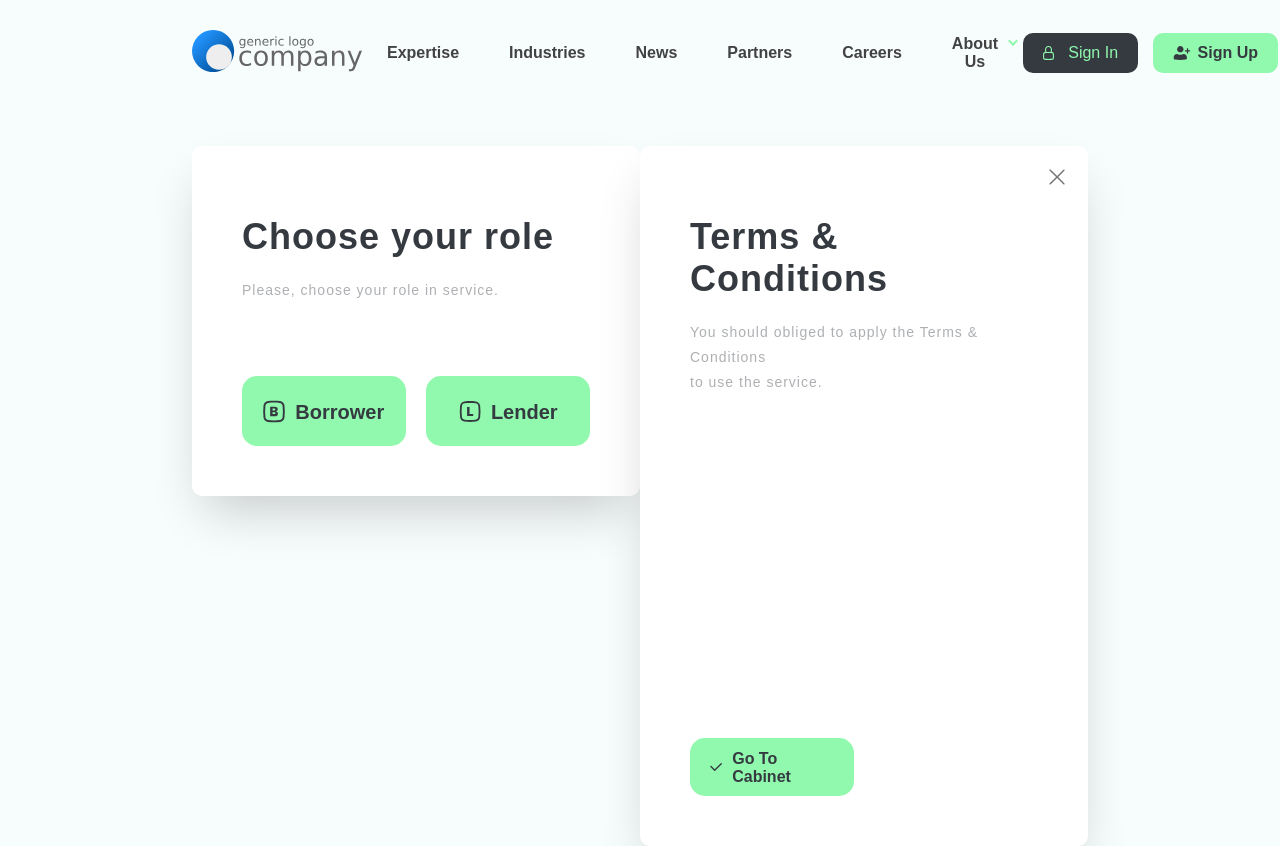
Repository: Andriy-Ma/widgetTask
Page: /
An editor plug-in stored every save of this project. The page is shown before and after the next save, followed by the edit.
The browser window is 1280 px wide. The pictures show the whole page.
The page's requests for data from a server got no answer. Some web fonts or font styles are not loaded; a fallback is used. The project was rebuilt for these pictures with package versions that can differ from the ones it lists, and the page was loaded fresh each time. No one was signed in, and anything a server would have sent is missing. Also part of the build but not shown: src/components/Main/SelectedRoleForm/selectedRoleForm.module.css, src/components/Main/SelectedRoleForm/selectedRoleForm.jsx.

Above is the page before, as saved 2022-08-30 12:09:50.

### public/index.html
<!DOCTYPE html>
<html lang="en">
  <head>
    <meta charset="utf-8" />
    <link rel="icon" href="%PUBLIC_URL%/favicon.ico" />
    <link rel="stylesheet" href="https://use.typekit.net/clw7fgu.css">
    <meta name="viewport" content="width=device-width, initial-scale=1" />
    <meta name="theme-color" content="#000000" />
    <meta
      name="description"
      content="Web site created using create-react-app"
    />
    <link rel="apple-touch-icon" href="%PUBLIC_URL%/logo192.png" />
    <!--
      manifest.json provides metadata used when your web app is installed on a
      user's mobile device or desktop. See https://developers.google.com/web/fundamentals/web-app-manifest/
    -->
    <link rel="manifest" href="%PUBLIC_URL%/manifest.json" />
    <!--
      Notice the use of %PUBLIC_URL% in the tags above.
      It will be replaced with the URL of the `public` folder during the build.
      Only files inside the `public` folder can be referenced from the HTML.

      Unlike "/favicon.ico" or "favicon.ico", "%PUBLIC_URL%/favicon.ico" will
      work correctly both with client-side routing and a non-root public URL.
      Learn how to configure a non-root public URL by running `npm run build`.
    -->
    <title>React App</title>
  </head>
  <body>
    <noscript>You need to enable JavaScript to run this app.</noscript>
    <div id="root"></div>
    <!--
      This HTML file is a template.
      If you open it directly in the browser, you will see an empty page.

      You can add webfonts, meta tags, or analytics to this file.
      The build step will place the bundled scripts into the <body> tag.

      To begin the development, run `npm start` or `yarn start`.
      To create a production bundle, use `npm run build` or `yarn build`.
    -->
  </body>
</html>

### src/index.css
* {
  box-sizing: border-box;
  margin: 0;
  padding: 0;
}
body {
  font-family: 'Poppins', sans-serif;
  background-color: #f7fcfd;
  -webkit-font-smoothing: antialiased;
  -moz-osx-font-smoothing: grayscale;
}

### src/App.js
import React from 'react';
import styles from './App.module.css';
import Header from './components/Header/header';
import MainBlock from './components/Main/main';

function App() {
  return (
    <div className={styles.container}>
      <Header/>
      <MainBlock/>
    </div>
  );
}

export default App;

### src/App.module.css
.container {
    display: block;
    align-items: center;
    justify-content: center;
    padding-left: 15%;
    padding-right: 15%;
}

### src/components/Header/header.jsx
import React from 'react';
import Icon from './img/logo-generic';
import {ReactComponent as Lock} from './img/lock.svg';
import {ReactComponent as SignUp} from './img/signup.svg';
import styles from './header.module.css';

function Header() {
  return (
    <div className={styles.header}>
        <div className={styles.logo}>
          <a href="#home">
            <Icon/>
          </a>
        </div>
        <div className={styles.middleOfHeader}>
          <a href="#expertise">Expertise</a>
          <a href="#industries">Industries</a>
          <a href="#news">News</a>
          <a href="#partners">Partners</a>
          <a href="#careers">Careers</a>
          <a href="#aboutus" className={styles.aboutUs}>About Us</a>
        </div>
        <div className={styles.buttonsHeader}>
          <div className={styles.signin}>
            <Lock/>
            <p>Sign In</p>
          </div>
          <div className={styles.signup}>
            <SignUp/>
            <p>Sign Up</p>
          </div>
        </div>
    </div>
  )
}

export default Header;

### src/components/Main/main.jsx
import React,{useState} from 'react';
import ChooseForm from './ChooseForm/chooseForm';
import styles from './main.module.css';
import SelectedRoleForm from './SelectedRoleForm/selectedRoleForm';

function MainBlock() {

  const [selectedRole, setSelectedRole] = useState('');

  return (
    <div className={styles.container}>
        {
          !selectedRole ? <ChooseForm getRole={setSelectedRole}/> : <SelectedRoleForm role={selectedRole} getRole={setSelectedRole}/>
        }
    </div>
  )
}

export default MainBlock;

### src/components/Header/img/logo-generic.jsx
import React from "react";

function Icon() {
  return (
    <svg
      xmlns="http://www.w3.org/2000/svg"
      version="1.1"
      viewBox="0 0 1425.8 353.74"
    >
      <defs>
        <linearGradient
          id="linearGradient5311"
          x1="-467.57"
          x2="-469.87"
          y1="-68.973"
          y2="488.43"
          gradientUnits="userSpaceOnUse"
        >
          <stop offset="0" stopColor="#2294fe"></stop>
          <stop offset="1" stopColor="#014f96"></stop>
        </linearGradient>
      </defs>
      <g transform="translate(364.43 8.482)">
        <g>
          <g fill="#666" transform="translate(-14.426 -21.336)">
            <path d="M145.49 192.37v19.095c-5.773-3.182-11.583-5.55-17.43-7.105a64.331 64.331 0 00-17.541-2.443c-13.248 0-23.536 4.22-30.863 12.657-7.327 8.363-10.991 20.13-10.991 35.304 0 15.172 3.663 26.977 10.991 35.415 7.327 8.363 17.615 12.545 30.863 12.545 5.92 0 11.768-.778 17.541-2.332 5.847-1.628 11.657-4.033 17.43-7.216v18.873a83.693 83.693 0 01-17.763 5.995c-6.07 1.332-12.545 1.998-19.428 1.998-18.725 0-33.601-5.884-44.629-17.652s-16.542-27.643-16.542-47.627c0-20.279 5.55-36.229 16.653-47.849 11.176-11.62 26.459-17.43 45.85-17.43 6.29 0 12.434.666 18.429 1.999a81.647 81.647 0 0117.43 5.772"></path>
            <path d="M228.98 201.92c-10.954 0-19.613 4.293-25.978 12.878-6.365 8.511-9.548 20.205-9.548 35.082 0 14.876 3.146 26.607 9.437 35.193 6.365 8.511 15.061 12.767 26.089 12.767 10.88 0 19.502-4.293 25.867-12.878 6.365-8.585 9.547-20.279 9.547-35.082 0-14.728-3.182-26.385-9.547-34.971-6.365-8.66-14.987-12.989-25.867-12.989m0-17.319c17.763 0 31.714 5.773 41.854 17.319s15.209 27.532 15.209 47.96c0 20.353-5.07 36.34-15.209 47.96-10.14 11.546-24.091 17.319-41.854 17.319-17.837 0-31.825-5.773-41.965-17.319-10.066-11.62-15.098-27.606-15.098-47.96 0-20.427 5.033-36.414 15.098-47.96 10.14-11.546 24.128-17.319 41.965-17.319"></path>
            <path d="M416.6 211.46c5.107-9.177 11.213-15.949 18.318-20.316 7.105-4.367 15.468-6.55 25.09-6.55 12.952 0 22.943 4.552 29.975 13.655 7.03 9.03 10.546 21.908 10.547 38.634v75.048h-20.538v-74.382c0-11.916-2.11-20.76-6.328-26.533-4.219-5.773-10.658-8.66-19.317-8.66-10.584 0-18.947 3.516-25.09 10.548-6.143 7.03-9.215 16.616-9.214 28.754v70.274h-20.538V237.55c0-11.99-2.11-20.834-6.328-26.533-4.22-5.773-10.732-8.66-19.54-8.66-10.435 0-18.724 3.553-24.867 10.658-6.143 7.031-9.215 16.58-9.215 28.643v70.274h-20.538v-124.34h20.538v19.317c4.663-7.623 10.251-13.248 16.764-16.875 6.513-3.626 14.247-5.44 23.203-5.44 9.03 0 16.69 2.295 22.981 6.883 6.365 4.59 11.065 11.25 14.099 19.983"></path>
            <path d="M560.7 293.28v65.945h-20.538v-171.63H560.7v18.873c4.293-7.401 9.695-12.878 16.209-16.431 6.587-3.627 14.432-5.44 23.536-5.44 15.098 0 27.347 5.995 36.747 17.985 9.473 11.99 14.21 27.755 14.21 47.294 0 19.54-4.737 35.304-14.21 47.294-9.4 11.99-21.649 17.985-36.747 17.985-9.104 0-16.949-1.776-23.536-5.329-6.513-3.626-11.916-9.14-16.209-16.542m69.497-43.408c0-15.024-3.109-26.792-9.326-35.304-6.143-8.585-14.617-12.878-25.423-12.878-10.806 0-19.317 4.293-25.534 12.878-6.143 8.512-9.214 20.28-9.214 35.304 0 15.024 3.071 26.83 9.214 35.415 6.217 8.512 14.728 12.767 25.534 12.767s19.28-4.255 25.423-12.767c6.217-8.585 9.326-20.39 9.326-35.415"></path>
            <path d="M741.77 249.43c-16.505 0-27.94 1.887-34.304 5.662-6.365 3.775-9.548 10.214-9.547 19.317 0 7.253 2.368 13.026 7.105 17.319 4.81 4.219 11.324 6.328 19.539 6.328 11.324 0 20.39-3.997 27.199-11.99 6.883-8.067 10.325-18.762 10.325-32.084v-4.552H741.77m40.744-8.437v70.94h-20.427V293.06c-4.663 7.549-10.473 13.137-17.43 16.764-6.958 3.552-15.47 5.329-25.534 5.329-12.73 0-22.87-3.553-30.42-10.658-7.475-7.18-11.212-16.764-11.212-28.754 0-13.988 4.662-24.535 13.988-31.64 9.4-7.106 23.388-10.658 41.965-10.658h28.643v-1.999c0-9.4-3.109-16.653-9.326-21.759-6.143-5.18-14.802-7.77-25.978-7.77-7.105 0-14.025.85-20.76 2.552-6.735 1.703-13.21 4.256-19.428 7.66v-18.872c7.475-2.887 14.728-5.033 21.76-6.44 7.03-1.48 13.876-2.22 20.537-2.22 17.985 0 31.418 4.663 40.3 13.988 8.88 9.326 13.321 23.462 13.321 42.41"></path>
            <path d="M928.5 236.89v75.048h-20.427v-74.382c0-11.768-2.295-20.575-6.883-26.422-4.589-5.847-11.472-8.77-20.65-8.77-11.027 0-19.723 3.515-26.088 10.547-6.365 7.03-9.548 16.616-9.548 28.754v70.274h-20.538v-124.34h20.538v19.317c4.885-7.476 10.621-13.063 17.208-16.764 6.661-3.7 14.321-5.551 22.981-5.551 14.284 0 25.09 4.44 32.417 13.322 7.327 8.807 10.991 21.797 10.991 38.967"></path>
            <path d="M1021.2 323.48c-5.773 14.802-11.398 24.461-16.875 28.976-5.477 4.515-12.804 6.772-21.981 6.772h-16.32v-17.097h11.99c5.625 0 9.992-1.332 13.1-3.996s6.55-8.956 10.325-18.873l3.664-9.326-50.291-122.34h21.648l38.856 97.252 38.856-97.252h21.648l-54.621 135.89"></path>
          </g>
          <g fill="#666" transform="translate(-416.34 -21.336)">
            <path d="M489.95 115.06c0-6.675-1.385-11.848-4.155-15.519-2.737-3.671-6.592-5.507-11.564-5.507-4.94 0-8.794 1.836-11.564 5.507-2.737 3.671-4.105 8.844-4.105 15.519 0 6.642 1.368 11.798 4.105 15.469 2.77 3.671 6.625 5.507 11.564 5.507 4.973 0 8.827-1.836 11.564-5.507 2.77-3.671 4.155-8.828 4.155-15.469m9.211 21.727c0 9.545-2.119 16.637-6.357 21.276-4.24 4.672-10.73 7.009-19.474 7.009-3.238 0-6.292-.25-9.162-.751a44.69 44.69 0 01-8.36-2.203v-8.961c2.703 1.468 5.373 2.553 8.01 3.254 2.636.7 5.323 1.051 8.06 1.051 6.04 0 10.563-1.585 13.567-4.756 3.004-3.137 4.505-7.893 4.505-14.268v-4.555c-1.902 3.304-4.338 5.774-7.309 7.409-2.97 1.635-6.524 2.453-10.663 2.453-6.875 0-12.415-2.62-16.62-7.86-4.206-5.24-6.308-12.182-6.308-20.826 0-8.677 2.102-15.636 6.307-20.876 4.206-5.24 9.746-7.86 16.621-7.86 4.139 0 7.693.818 10.663 2.454 2.97 1.635 5.407 4.105 7.31 7.409v-8.51h9.21v49.11"></path>
            <path d="M566.09 113.41v4.506h-42.352c.4 6.34 2.303 11.18 5.707 14.518 3.438 3.304 8.21 4.956 14.318 4.956 3.538 0 6.959-.434 10.263-1.302 3.337-.868 6.642-2.17 9.912-3.905v8.711a55.24 55.24 0 01-10.163 3.204 50.9 50.9 0 01-10.563 1.102c-8.944 0-16.037-2.604-21.276-7.81-5.206-5.207-7.81-12.248-7.81-21.126 0-9.178 2.47-16.454 7.41-21.827 4.973-5.407 11.664-8.11 20.075-8.11 7.542 0 13.5 2.436 17.872 7.309 4.405 4.84 6.608 11.43 6.608 19.774m-9.211-2.703c-.067-5.04-1.486-9.062-4.256-12.065-2.736-3.004-6.374-4.506-10.914-4.506-5.14 0-9.261 1.452-12.365 4.355-3.07 2.904-4.839 6.992-5.306 12.265l32.84-.05"></path>
            <path d="M627.62 109.9v33.842h-9.211v-33.541c0-5.306-1.035-9.278-3.104-11.915-2.07-2.636-5.173-3.955-9.312-3.955-4.973 0-8.894 1.585-11.765 4.756-2.87 3.17-4.305 7.493-4.305 12.966v31.689h-9.261V87.673h9.261v8.71c2.203-3.37 4.79-5.89 7.76-7.558 3.003-1.67 6.458-2.503 10.363-2.504 6.44 0 11.314 2.003 14.618 6.008 3.304 3.971 4.956 9.829 4.956 17.572"></path>
            <path d="M694.05 113.41v4.506h-42.352c.4 6.34 2.303 11.18 5.707 14.518 3.438 3.304 8.21 4.956 14.318 4.956 3.538 0 6.959-.434 10.263-1.302 3.337-.868 6.642-2.17 9.912-3.905v8.711a55.24 55.24 0 01-10.163 3.204 50.9 50.9 0 01-10.563 1.102c-8.944 0-16.037-2.604-21.276-7.81-5.206-5.207-7.81-12.248-7.81-21.126 0-9.178 2.47-16.454 7.41-21.827 4.973-5.407 11.664-8.11 20.075-8.11 7.543 0 13.5 2.436 17.872 7.309 4.405 4.84 6.608 11.43 6.608 19.774m-9.211-2.703c-.067-5.04-1.486-9.062-4.256-12.065-2.736-3.004-6.374-4.506-10.913-4.506-5.14 0-9.261 1.452-12.365 4.355-3.07 2.904-4.839 6.992-5.306 12.265l32.84-.05"></path>
            <path d="M741.46 96.286a11.624 11.624 0 00-3.404-1.302c-1.202-.3-2.537-.45-4.005-.45-5.207 0-9.212 1.702-12.015 5.106-2.77 3.371-4.155 8.227-4.155 14.568v29.537h-9.262V87.676h9.262v8.71c1.935-3.403 4.455-5.923 7.56-7.558 3.103-1.67 6.874-2.503 11.313-2.503.634 0 1.335.05 2.103.15.767.067 1.618.183 2.553.35l.05 9.462"></path>
            <path d="M751.22 87.676h9.211v56.069h-9.211V87.676m0-21.827h9.211v11.664h-9.211V65.849"></path>
            <path d="M820.01 89.828v8.61c-2.603-1.434-5.223-2.502-7.86-3.203a29.012 29.012 0 00-7.91-1.102c-5.974 0-10.613 1.903-13.917 5.707-3.304 3.772-4.956 9.078-4.956 15.92 0 6.842 1.652 12.165 4.957 15.97 3.304 3.772 7.943 5.657 13.917 5.657 2.67 0 5.306-.35 7.91-1.051 2.636-.734 5.256-1.819 7.859-3.254v8.51a37.736 37.736 0 01-8.01 2.704c-2.737.6-5.657.9-8.76.9-8.445 0-15.153-2.652-20.126-7.959-4.973-5.306-7.459-12.465-7.459-21.477 0-9.144 2.503-16.337 7.51-21.577 5.039-5.24 11.93-7.86 20.675-7.86 2.837 0 5.607.3 8.31.902a36.82 36.82 0 017.86 2.603"></path>
            <path d="M868.57 65.849h9.211v77.896h-9.211V65.849"></path>
            <path d="M918.73 94.134c-4.94 0-8.844 1.936-11.714 5.807-2.87 3.838-4.305 9.111-4.305 15.82s1.418 11.998 4.255 15.87c2.87 3.838 6.792 5.757 11.765 5.757 4.906 0 8.794-1.935 11.664-5.807 2.87-3.871 4.305-9.144 4.305-15.82 0-6.641-1.435-11.898-4.305-15.769-2.87-3.905-6.758-5.857-11.664-5.857m0-7.81c8.01 0 14.301 2.604 18.873 7.81 4.572 5.206 6.858 12.415 6.859 21.627 0 9.178-2.287 16.387-6.859 21.627-4.572 5.206-10.863 7.81-18.873 7.81-8.043 0-14.351-2.604-18.923-7.81-4.539-5.24-6.808-12.45-6.808-21.627 0-9.211 2.27-16.42 6.808-21.627 4.572-5.206 10.88-7.81 18.923-7.81"></path>
            <path d="M996.58 115.06c0-6.675-1.385-11.848-4.155-15.519-2.737-3.671-6.592-5.507-11.564-5.507-4.94 0-8.794 1.836-11.564 5.507-2.737 3.671-4.105 8.844-4.105 15.519 0 6.642 1.368 11.798 4.105 15.469 2.77 3.671 6.625 5.507 11.564 5.507 4.973 0 8.828-1.836 11.564-5.507 2.77-3.671 4.155-8.828 4.155-15.469m9.211 21.727c0 9.545-2.119 16.637-6.357 21.276-4.24 4.672-10.73 7.009-19.474 7.009-3.238 0-6.292-.25-9.162-.751a44.69 44.69 0 01-8.36-2.203v-8.961c2.703 1.468 5.373 2.553 8.01 3.254 2.636.7 5.323 1.051 8.06 1.051 6.04 0 10.563-1.585 13.567-4.756 3.003-3.137 4.505-7.893 4.505-14.268v-4.555c-1.902 3.304-4.338 5.774-7.309 7.409-2.97 1.635-6.524 2.453-10.663 2.453-6.875 0-12.415-2.62-16.62-7.86-4.206-5.24-6.308-12.182-6.308-20.826 0-8.677 2.102-15.636 6.307-20.876 4.206-5.24 9.746-7.86 16.621-7.86 4.139 0 7.693.818 10.663 2.454 2.97 1.635 5.407 4.105 7.31 7.409v-8.51h9.21v49.11"></path>
            <path d="M1046.5 94.134c-4.94 0-8.844 1.936-11.714 5.807-2.87 3.838-4.305 9.111-4.305 15.82s1.418 11.998 4.255 15.87c2.87 3.838 6.792 5.757 11.765 5.757 4.906 0 8.794-1.935 11.664-5.807 2.87-3.871 4.305-9.144 4.305-15.82 0-6.641-1.435-11.898-4.305-15.769-2.87-3.905-6.758-5.857-11.664-5.857m0-7.81c8.01 0 14.3 2.604 18.873 7.81 4.572 5.206 6.858 12.415 6.858 21.627 0 9.178-2.286 16.387-6.858 21.627-4.572 5.206-10.864 7.81-18.873 7.81-8.043 0-14.351-2.604-18.924-7.81-4.539-5.24-6.808-12.45-6.808-21.627 0-9.211 2.269-16.42 6.808-21.627 4.572-5.206 10.88-7.81 18.924-7.81"></path>
          </g>
          <g transform="rotate(-45 269.773 885.347) scale(.61927)">
            <path
              fill="url(#linearGradient5311)"
              d="M-184.26 202.82c0 157.74-127.87 285.61-285.61 285.61s-285.61-127.87-285.61-285.61S-627.61-82.79-469.87-82.79s285.61 127.87 285.61 285.61z"
              transform="translate(1202 -114.01)"
            ></path>
            <path
              fill="#eee"
              d="M-184.26 202.82c0 157.74-127.87 285.61-285.61 285.61s-285.61-127.87-285.61-285.61S-627.61-82.79-469.87-82.79s285.61 127.87 285.61 285.61z"
              transform="translate(1018.2 79.03) scale(.60887)"
            ></path>
          </g>
        </g>
      </g>
    </svg>
  );
}

export default Icon;

### src/components/Header/header.module.css
.logo {
    display: block;
    min-width: 170px;
}
.header {
    display: flex;
    justify-content: space-between;
    align-items: center;
    padding-top: 30px;
    min-width: 1000px;
}
.middleOfHeader {
    display: flex;
    justify-content: space-between;
    align-items: center;
    text-decoration: none;
}
.middleOfHeader a {
    display: block;
    color: #424242;
    text-align: center;
    padding: 0px 25px;
    text-decoration: none;
    font-size: 16px;
    font-weight: 600;
}
.middleOfHeader a:hover {
    color: #1b1a1a;
}
.aboutUs{
    position: relative;
}
.aboutUs::after{
    content: '';
    border-left: 2px solid #90F9AD;
    border-top: 2px solid #90F9AD;
    width: 5px;
    height: 5px;
    float: right;
    transform: translate(50%, -50%) rotate(-135deg);
    position: absolute;
    top: 6px;
    right: 10px;
}
.buttonsHeader {
    display: flex;
    justify-content: space-between;
    align-items: center;
}
.buttonsHeader:hover {
    cursor: pointer;
}
.signin {
    display: flex;
    justify-content: space-between;
    align-items: center;
    color: #90F9AD;
    background-color: #343A40;
    font-weight: 500;
    padding: 0px 20px;
    border-radius: 10px;
    width: 115px;
    height: 40px;
    margin-right: 15px;
}
.signin:hover {
    background-color: #252a2e;
}
.signup {
    display: flex;
    justify-content: space-between;
    align-items: center;
    color: #343A40;
    background-color: #90F9AD;
    font-weight: 600;
    padding: 0px 20px;
    border-radius: 10px;
    width: 125px;
    height: 40px;
}
.signup:hover {
    background-color: #3df370;
}

### src/components/Main/ChooseForm/chooseForm.jsx
import React, { useEffect, useState } from 'react';
import styles from './chooseForm.module.css';
import {ReactComponent as Borrower} from '../img/borrower.svg';
import {ReactComponent as Lender} from '../img/lender.svg';
import {ReactComponent as Close} from '../img/close.svg';
import {ReactComponent as Checkmark} from '../img/checkmark.svg';

const roles = ['Borrower', 'Lender'];

function ChooseForm({getRole}) {

  const [initialText, setInitialText] = useState('');

  useEffect(() => {
    fetch('https://60c74df306f3160017d29000.mockapi.io/api/v1/tossource')
    .then((response) => {
      return response.json();
    })
    .then((data) => {
      const text = data.map(lorem => lorem.text);
      setInitialText(text[0]);
    });
  },[]);

  return (
    <>
    <div className={styles.form}>
      <div>
        <p className={styles.mainText}>Choose your role</p>
        <p className={styles.underText}>Please, choose your role in service.</p>
      </div>
      <div className={styles.buttonsChooseForm}>
      {
        roles.map(role =>
            <div className={styles.role} key={role} onClick={() => getRole(role)}>
              {role === 'Borrower' ? <Borrower/> : <Lender/>}
              <p className={styles.buttonText}>{role}</p>
            </div>
        )
      }
      </div>
    </div>
    <div className={styles.agreeForm}>
      <Close className={styles.closeButton}/>
      <div>
        <p className={styles.mainText}>Terms & Conditions</p>
        <p className={styles.underText}>You should obliged to apply the Terms & Conditions <p> to use the service.</p></p>
      </div>
      <div dangerouslySetInnerHTML={{__html: initialText}} className={styles.scrollText}/>
      <div className={styles.role} >
        <Checkmark/>
        <p className={styles.buttonText}>Go To Cabinet</p>
      </div>
    </div>
    </>
  )
}

export default ChooseForm;

### src/components/Main/main.module.css
.container{
    width: 100%;
    display: flex;
    justify-content: center;
}

### src/components/Main/ChooseForm/chooseForm.module.css
.form{
    width: 600px;
    height: 350px;
    padding: 50px;
    background-color: #fff;
    margin-top: 70px;
    border-radius: 10px;
    box-shadow: 0px 25px 49px -12px rgba(0,0,0,0.2);
    display: flex;
    flex-direction: column;
    justify-content: space-between;
}
.agreeForm{
    width: 600px;
    height: 700px;
    padding: 50px;
    background-color: #fff;
    margin-top: 70px;
    border-radius: 10px;
    box-shadow: 0px 25px 49px -12px rgba(0,0,0,0.2);
    display: flex;
    flex-direction: column;
    position: relative;
}
.mainText{
    margin-top: 20px;
    font-size: 36px;
    font-weight: 800;
    color: #343A40;
    letter-spacing: 1px;
}
.underText{
    margin-top: 20px;
    font-size: 14px;
    font-weight: 500;
    color: #343A40;
    opacity: .4;
    letter-spacing: 1px;
    line-height: 25px;
}
.buttonsChooseForm {
    display: flex;
    justify-content: space-between;
    align-items: center;
    font-size: 20px;
}
.buttonsChooseForm:hover {
    cursor: pointer;
}
.role {
    display: flex;
    justify-content: center;
    align-items: center;
    color: #343A40;
    background-color: #90F9AD;
    font-weight: 800;
    padding: 0px 20px;
    border-radius: 15px;
    width: 47%;
    height: 70px;
}
.role:hover {
    background-color: #3df370;
}
.buttonText{
    padding-top: 3px;
    padding-left: 10px;
}
.check {
    display: flex;
    justify-content: center;
    align-items: center;
    color: #343A40;
    background-color: #90F9AD;
    font-weight: 800;
    padding: 0px 20px;
    border-radius: 15px;
    width: 30%;
    height: 50px;
}
.check:hover {
    background-color: #3df370;
}
.checkText{
    padding-top: 3px;
    padding-left: 10px;
}
.cancelButton{
    display: flex;
    justify-content: center;
    align-items: center;
    color: #343A40;
    background-color: #f2f2f2a9;
    font-weight: 800;
    padding: 0px 20px;
    border-radius: 15px;
    width: 30%;
    height: 70px;
}
.closeButton{
    position: absolute;
    top: 25px;
    right: 25px;
    transform: scale(1.3);
}
.closeButton:hover{
    fill: rgb(185, 36, 36);
    cursor: pointer;
}
.scrollText{
    height: 350px;
    margin-top: 50px;
    overflow-Y: auto;
    padding-right: 20px;
    width: '100%';
}
.scrollText::-webkit-scrollbar{
    width: 5px;
}
.scrollText::-webkit-scrollbar-thumb{
    background: #90F9AD;
    border-radius: 5px;
}
.scrollText::-webkit-scrollbar-thumb:hover{
    background: #3df370;

}

Loaded but not shown: src/index.js (common file)

After the next save:
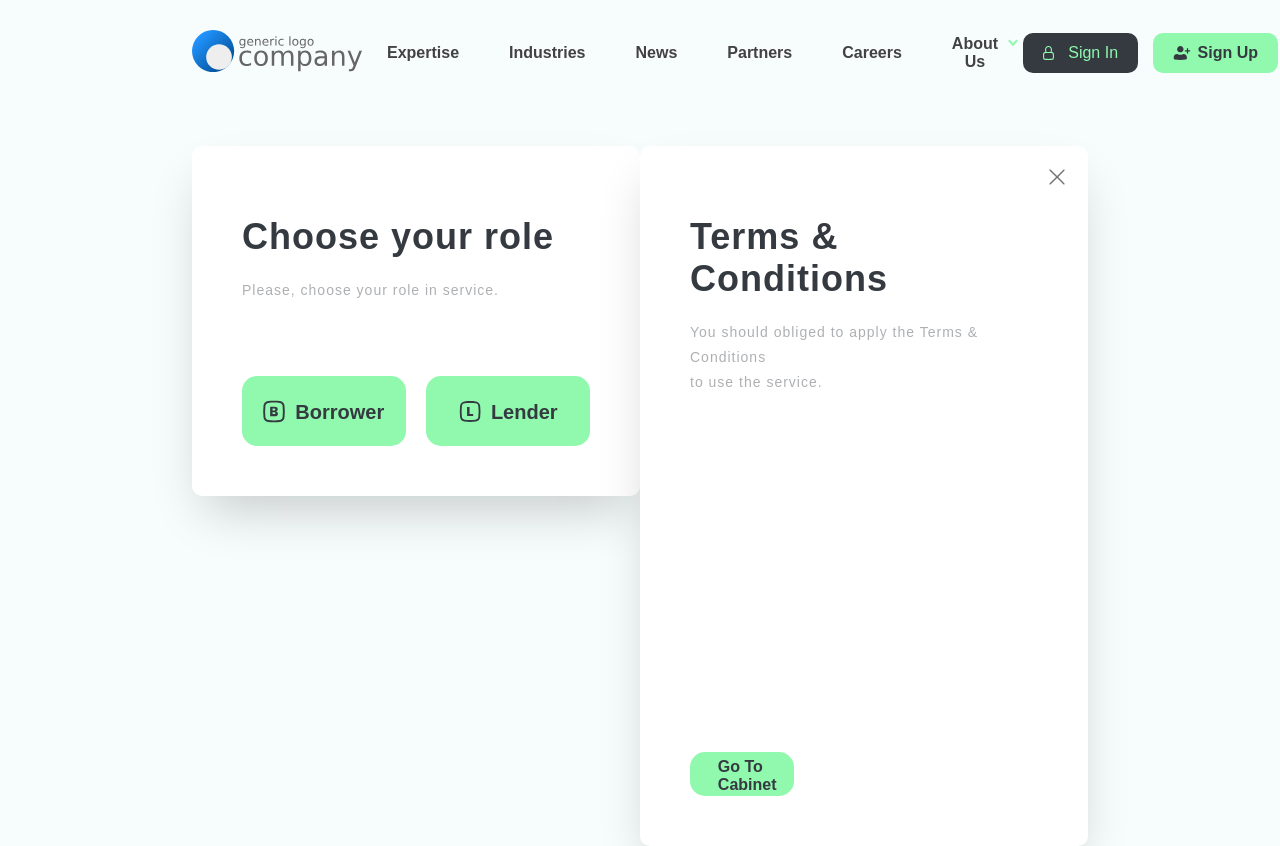
Saved 6 s later.
--- a/src/components/Main/ChooseForm/chooseForm.jsx
+++ b/src/components/Main/ChooseForm/chooseForm.jsx
@@ -47,9 +47,9 @@ function ChooseForm({getRole}) {
         <p className={styles.underText}>You should obliged to apply the Terms & Conditions <p> to use the service.</p></p>
       </div>
       <div dangerouslySetInnerHTML={{__html: initialText}} className={styles.scrollText}/>
-      <div className={styles.role} >
+      <div className={styles.check} >
         <Checkmark/>
-        <p className={styles.buttonText}>Go To Cabinet</p>
+        <p className={styles.checkText}>Go To Cabinet</p>
       </div>
     </div>
     </>
